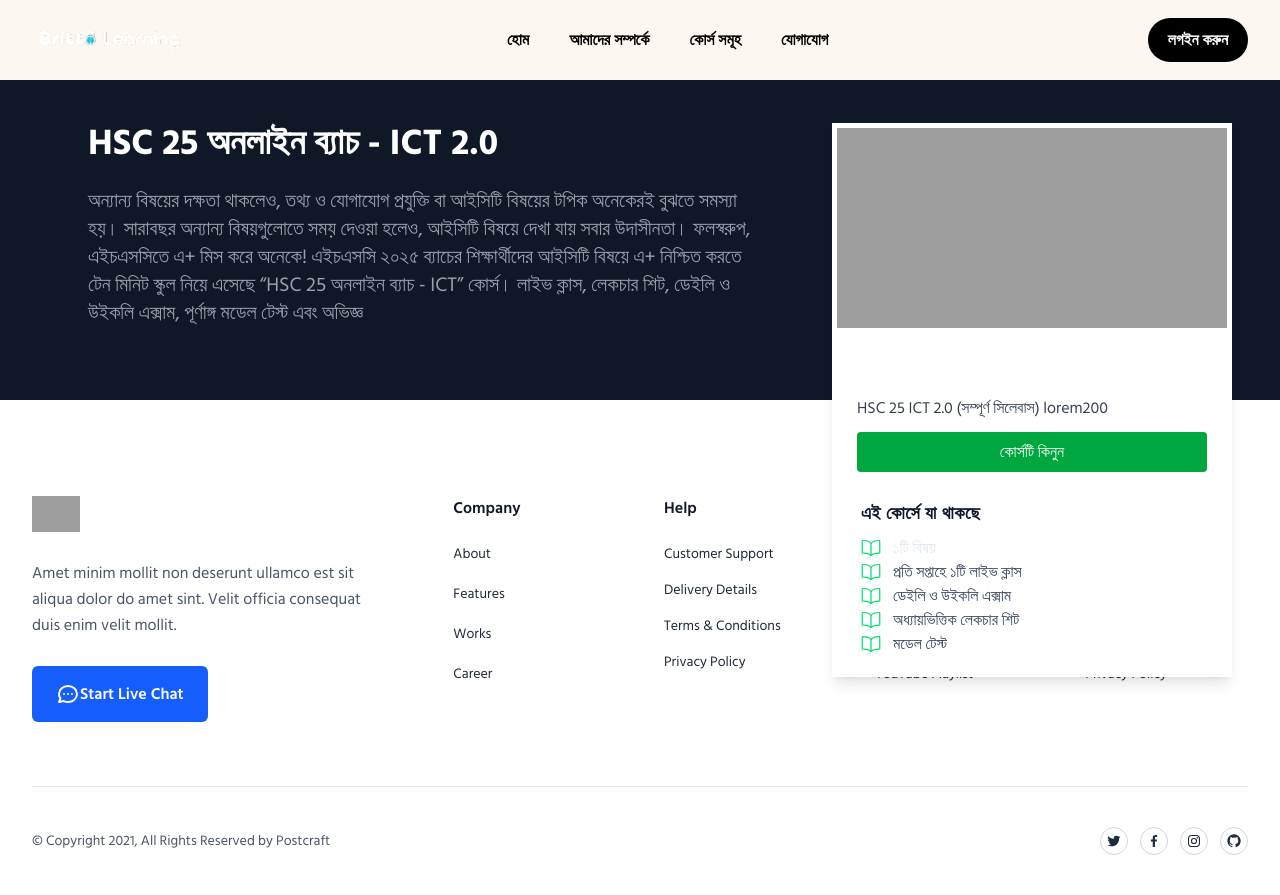
Repository: Ruddro420/course-selling
Page: /single-course
The author's editor kept a copy of each file at every save. The page is drawn from the files as they stood at one save, then again after the next save.
The browser window is 1280 px wide. The pictures show the whole page.
Pictures or frames that could not be fetched are drawn as grey boxes. The project was rebuilt for these pictures with package versions that can differ from the ones it lists, and the page was loaded fresh each time. Also part of the build but not shown: vite.config.js, src/components/AboutSection.jsx, src/components/ContactSection.jsx, src/components/CourseSection.jsx, src/components/Hero.jsx, src/components/TeamSection.jsx, src/components/WhyUsSection.jsx, src/pages/Home.jsx and 2 more.

Above is the page before, as saved 2025-02-06 03:45:44.

After the next save:
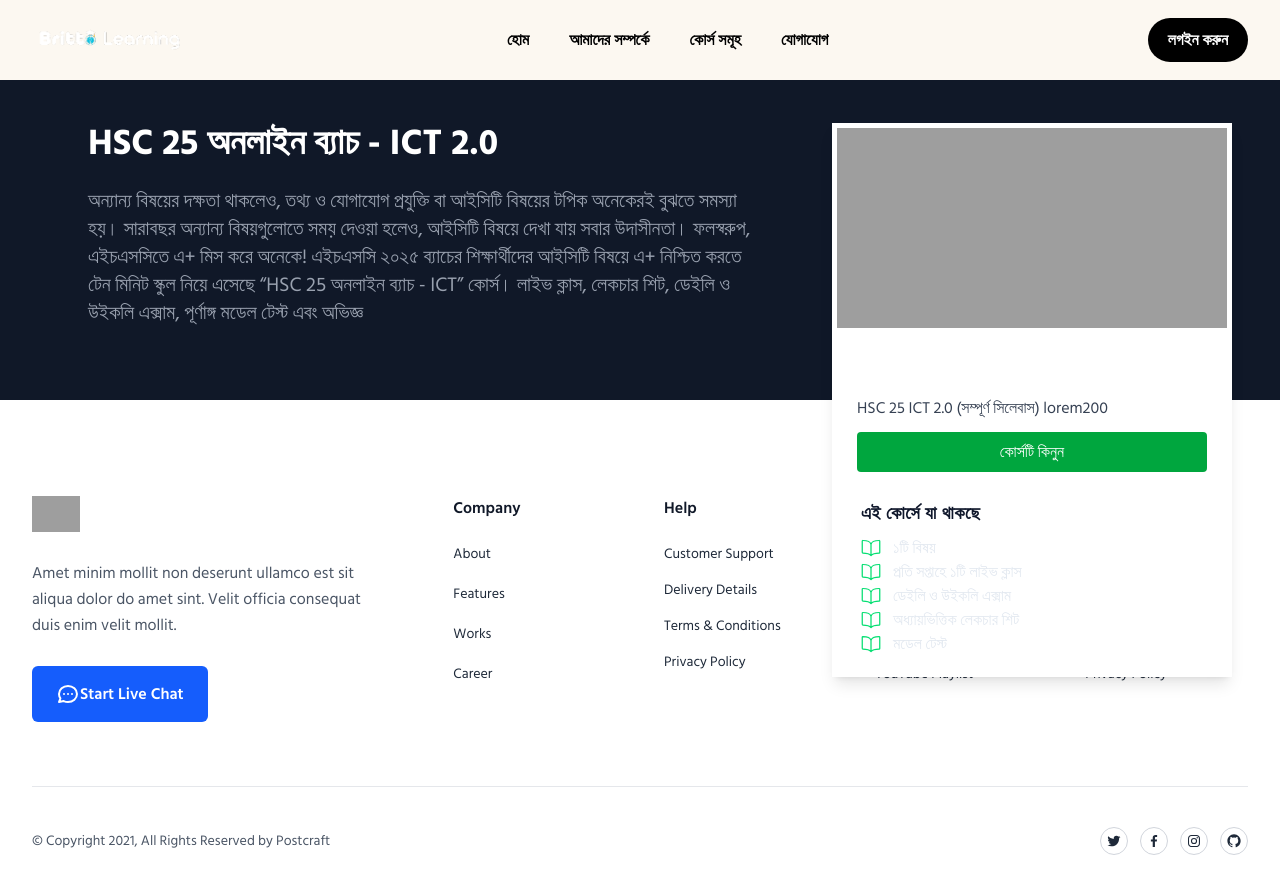
Saved 22 s later.
--- a/src/components/courseComponent/CourseHero.jsx
+++ b/src/components/courseComponent/CourseHero.jsx
@@ -63,25 +63,25 @@ const CourseHero = () => {
                   </li>
                   <li className="flex space-x-3 items-center px-6">
                     <IoBookOutline className="flex-shrink-0  h-5 w-5 text-green-400" />
-                    <span className="text-base text-slate-700">
+                    <span className="text-base text-slate-200">
                       প্রতি সপ্তাহে ১টি লাইভ ক্লাস
                     </span>
                   </li>
                   <li className="flex space-x-3 items-center px-6">
                     <IoBookOutline className="flex-shrink-0  h-5 w-5 text-green-400" />
-                    <span className="text-base text-slate-700">
+                    <span className="text-base text-slate-200">
                       ডেইলি ও উইকলি এক্সাম
                     </span>
                   </li>
                   <li className="flex space-x-3 items-center px-6">
                     <IoBookOutline className="flex-shrink-0  h-5 w-5 text-green-400" />
-                    <span className="text-base text-slate-700">
+                    <span className="text-base text-slate-200">
                       অধ্যায়ভিত্তিক লেকচার শিট
                     </span>
                   </li>
                   <li className="flex space-x-3 items-center px-6">
                     <IoBookOutline className="flex-shrink-0  h-5 w-5 text-green-400" />
-                    <span className="text-base text-slate-700">
+                    <span className="text-base text-slate-200">
                       মডেল টেস্ট
                     </span>
                   </li>
